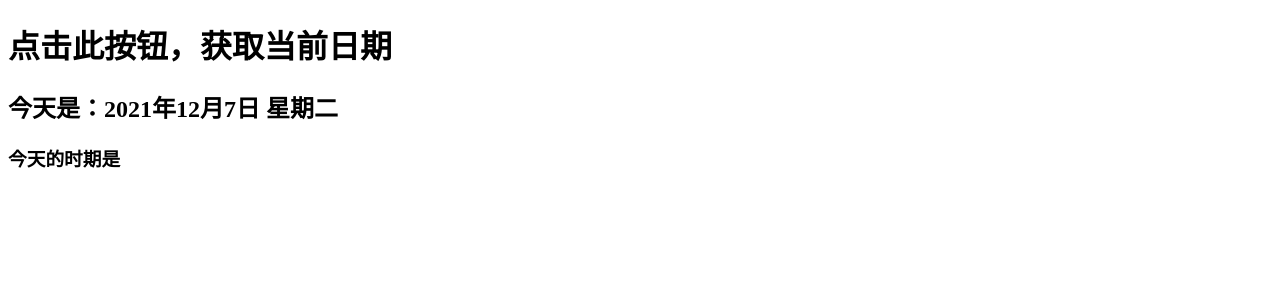
Repository: zhongmoumou/Codes
Page: 测试.html
The author's editor kept a copy of each file at every save. The page is drawn from the files as they stood at one save, then again after the next save.
The browser window is 1280 px wide. The pictures show the whole page.
After loading, the first visible `#btn1` was clicked once.

Above is the page before, as saved 2021-12-08 00:02:53.

### 测试.html
<!DOCTYPE html>
<html lang="en">
<head>
  <meta charset="UTF-8">
  <meta http-equiv="X-UA-Compatible" content="IE=edge">
  <meta name="viewport" content="width=device-width, initial-scale=1.0">
  <title>Document</title>
  <script src="测试.js"></script>
</head>
<body>
  <h1 id="btn1">点击此按钮，获取当前日期</h1>
  <h2 id="btn2">今天的日期是</h2>
  <h3 id="btn3">今天的时期是</h3>

  <script>
    // 获取事件源：
    let btn1 = document.getElementById('btn1');

    //确定事件类型、完成事件处理程序：
    btn1.onclick = function() {
      btn2.innerText = getDate();
    }

    // 该函数的作用是返回当前日期（年/月/日/星期）
    function getDate() {
      let date = new Date();

      let year = date.getFullYear();
      let month = date.getMonth() + 1;
      let dates = date.getDate();

      let week = ['星期日', '星期一', '星期二', '星期三', '星期四', '星期五', '星期六'];
      let day = date.getDay();

      return '今天是：' + year + '年' + month + '月' + dates + '日 ' + week[day]
    }

    function getTime() {
      let time = new Date();

      let hour = time.getHours();
      if (hour < 10) {
        hour = '0' + hour;  // 当时小于10的时候，前面加个0
      };
      // 可以用三元表达式：hour = hour < 10 ? '0' + hour : hour;

      let minutes = time.getMinutes();
      if (minutes < 10) {
        minutes = '0' + minutes;  // 当分小于10的时候，前面加个0
      };
      // 可以用三元表达式：minutes = minutes < 10 ? '0' + minutes : minutes;

      let seconds = time.getSeconds();
      if (seconds < 10) {
        seconds = '0' + seconds;  // 当秒小于10的时候，前面加个0
      };
      // 可以用三元表达式：seconds = seconds < 10 ? '0' + seconds : seconds;

      return hour + ':' + minutes + ':' + seconds
    }

  </script>
</body>
</html>

### 测试.js
let now = new Date();  // 语法结构

console.log(now);  // 输出：当前的日期和时间

After the next save:
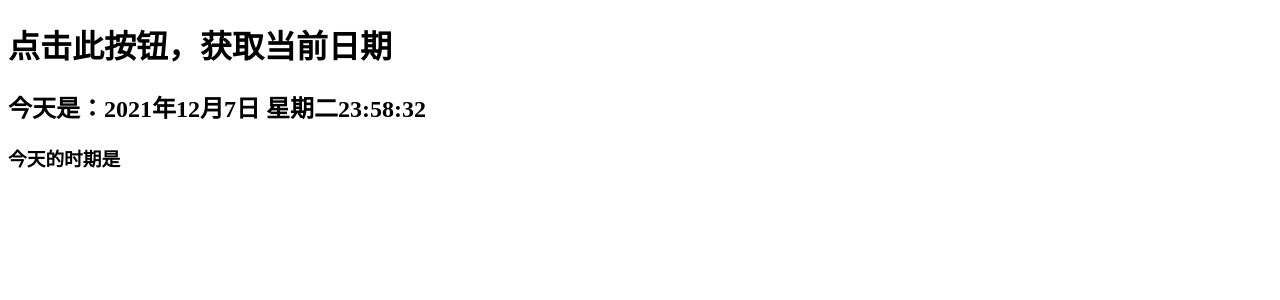
Saved 20 s later.
--- a/测试.html
+++ b/测试.html
@@ -32,7 +32,7 @@
       let week = ['星期日', '星期一', '星期二', '星期三', '星期四', '星期五', '星期六'];
       let day = date.getDay();
 
-      return '今天是：' + year + '年' + month + '月' + dates + '日 ' + week[day]
+      return '今天是：' + year + '年' + month + '月' + dates + '日 ' + week[day] + getTime()
     }
 
     function getTime() {
